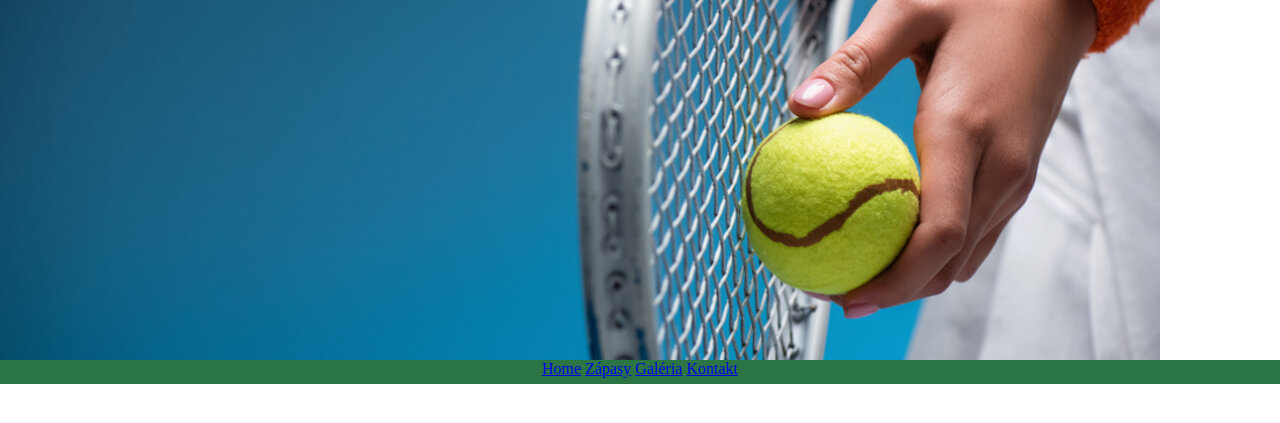
Repository: Badynko/tennis-website
Page: index.html
An editor plug-in stored every save of this project. The page is shown before and after the next save, followed by the edit.
The browser window is 1280 px wide. The pictures show the whole page.

Above is the page before, as saved 2024-07-31 19:17:49.

After the next save:
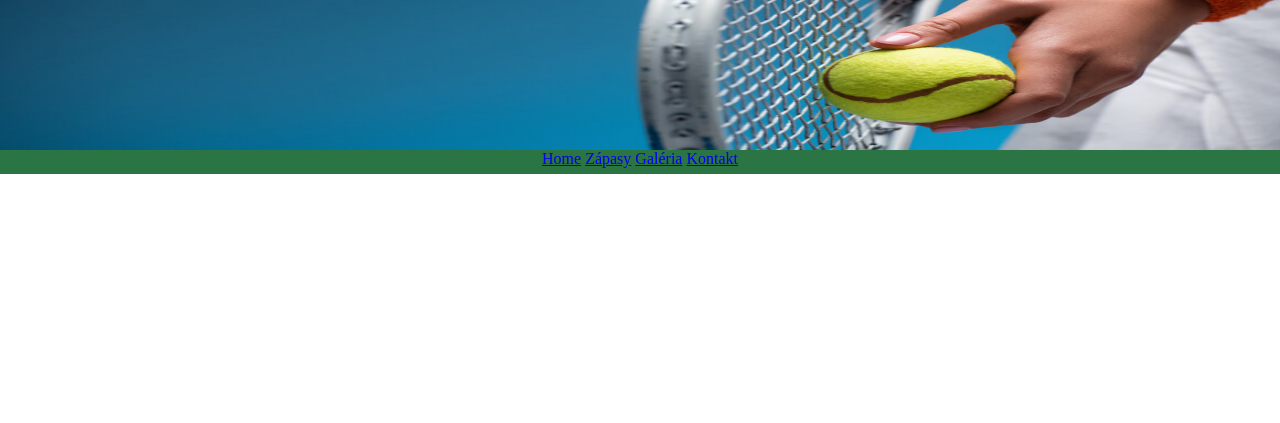
Saved 25 s later.
--- a/css/style.css
+++ b/css/style.css
@@ -12,8 +12,8 @@
 }
 
 img {
-  height: auto;
-  max-width: 100%;
+  height: 150px;
+  width: 100%;
   vertical-align: middle;
 }
 
